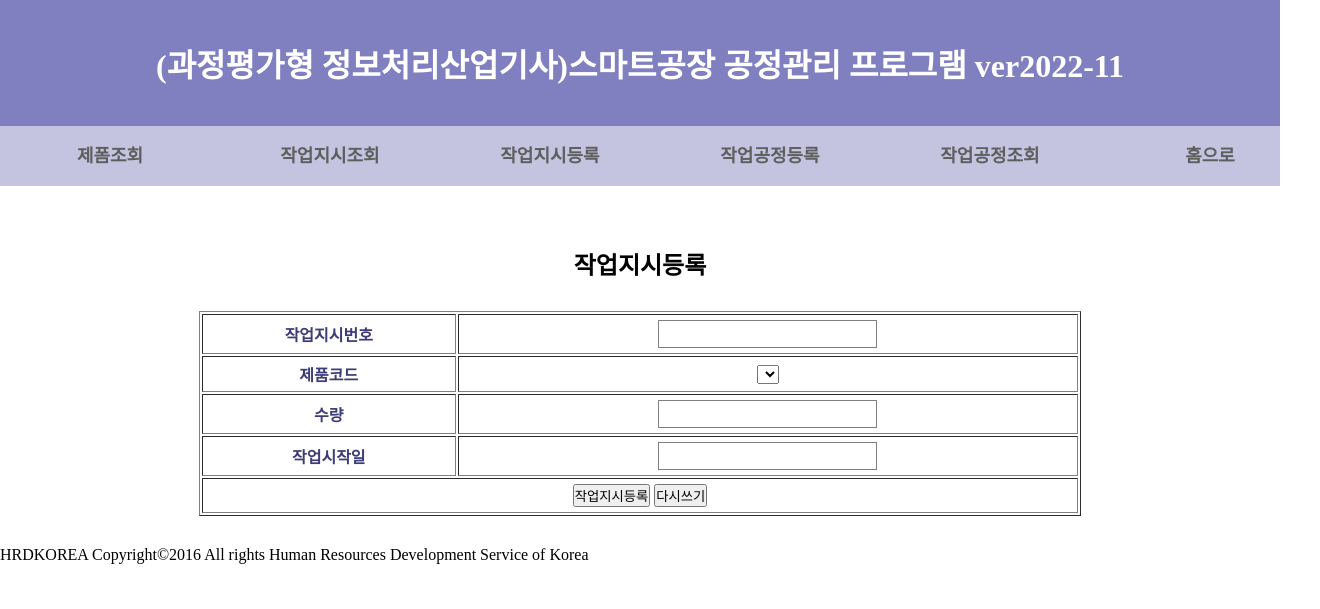
Repository: anakyn01/exam
Page: http://localhost/smart_5/sub2_1.jsp
These files come from the project's save history. The page is drawn as it stood at one moment and after the next save; the edit follows.
The browser window is 1280 px wide. The page is 1320 px wide, so the pictures cover 1320 px, including what lies to the right of the window. The pictures show the whole page.
The page is served by Tomcat 9.

Above is the page before, as saved 2025-01-06 07:34:02.

After the next save:
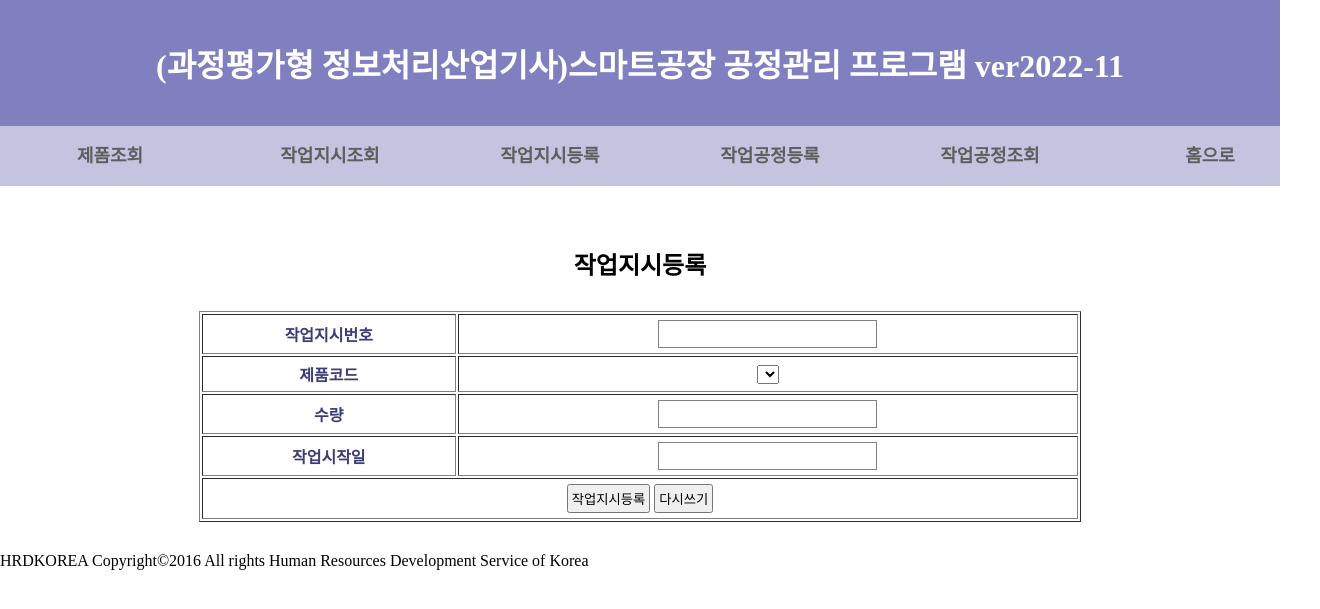
Saved 36 s later.
--- a/smart_5/src/main/webapp/css/style.css
+++ b/smart_5/src/main/webapp/css/style.css
@@ -17,3 +17,4 @@ th,td{padding:5px 0;}
 input[type="text"]{
 height:28px; border:1px solid gray; padding:0 5px; font-size:16px;
 }
+input[type="button"]{padding:3px;}
